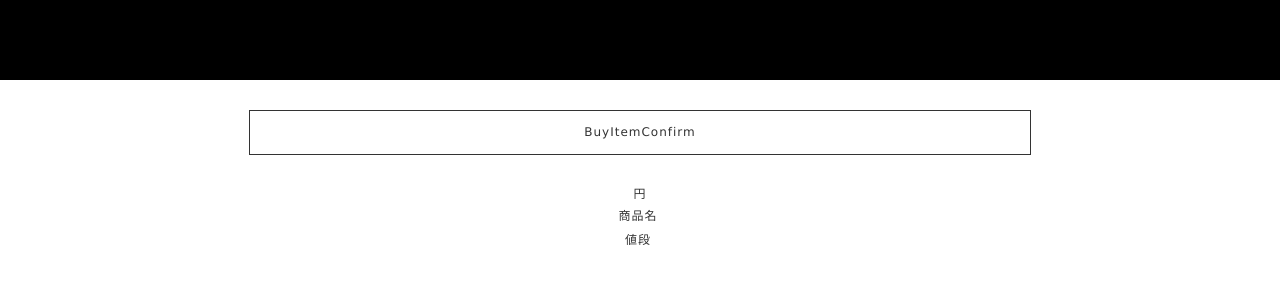
Repository: cha-git/ecsite
Page: http://localhost/template/buyItemConfirm.jsp
These files come from the project's save history. The page is drawn as it stood at one moment and after the next save; the edit follows.
The browser window is 1280 px wide. The pictures show the whole page.
The page is served by Tomcat 9. Other server files are loaded and not shown.

Above is the page before, as saved 2018-12-26 10:42:58.

### template/WebContent/buyItemConfirm.jsp
<%@ page language="java" contentType="text/html; charset=UTF-8"
    pageEncoding="UTF-8"%>
<%@ taglib prefix="s" uri="/struts-tags" %>
<!DOCTYPE html>
<html>
<head>
	<meta http-equiv="Content-Type" content="text/html; charset=UTF-8" />
	<meta http-equiv="Content-Style-Type" content="text/css" />
	<meta http-equiv="Content-Script-Type" content="text/javascrpit" />
	<meta http-equiv="imagetoolbar" content="no" />
	<meta name="description" content="" />
	<meta name="keywords" content="" />
	<title>buyItemConfirm画面</title>

	<style type="text/css">
	/* ========TAG LAYOUT======== */
	body {
		margin:0;
		padding:0;
		line-height:1.6;
		letter-spacing:1px;
		font-family:Verdana, Helvetica, sans-serif;
		font-size:12px;
		color:#333;
		background:#fff;
	}

	table {
		text-align:center;
		margin:0 auto;
	}
	/* ========ID LAYOUT======== */
	#top {
		width:780px;
		margin:30px auto;
		border:1px solid #333;
	}

	#header {
		width:100%;
		height:80px;
		background-color:black;
	}

	#main {
		width:100%;
		height:500px;
		text-align:center;
	}

	#footer {
		width:100%;
		height:80px;
		background-color:black;
		clear:both;
	}
	</style>
</head>
<body>
	<div id="header">
		<div id="pr">
		</div>
	</div>
	<div id="main">
		<div id="top">
			<p>BuyItemConfirm</p>
		</div>
		<div>
			<s:form action="BuyItemConfirmAction">
			<table>
				<tr>
					<td>商品名</td>
					<td><s:property value="session.buyItem_name" /></td>
				</tr>
				<tr>
					<td>値段</td>
					<td><s:property value="session.buyItem_price" /></td>
					<span>円</span>
				</tr>
			</table>
			</s:form>
		</div>
	</div>
</body>
</html>

After the next save:
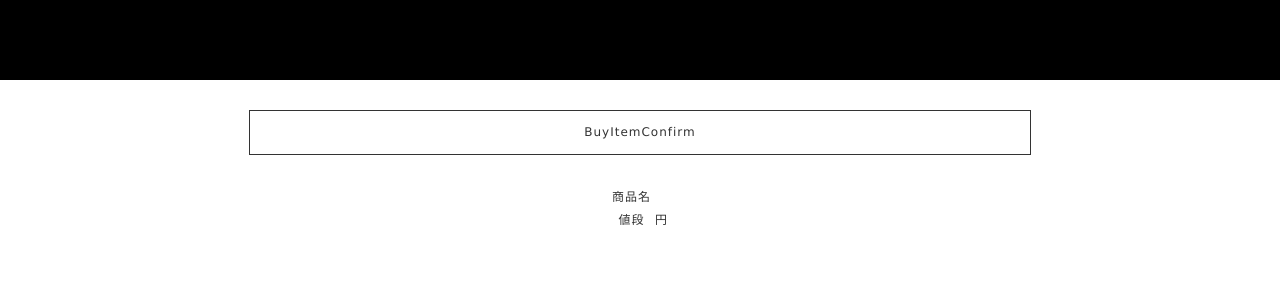
Saved 59 s later.
--- a/template/WebContent/buyItemConfirm.jsp
+++ b/template/WebContent/buyItemConfirm.jsp
@@ -74,8 +74,7 @@
 				</tr>
 				<tr>
 					<td>値段</td>
-					<td><s:property value="session.buyItem_price" /></td>
-					<span>円</span>
+					<td><s:property value="session.buyItem_price" /><span>円</span></td>
 				</tr>
 			</table>
 			</s:form>
